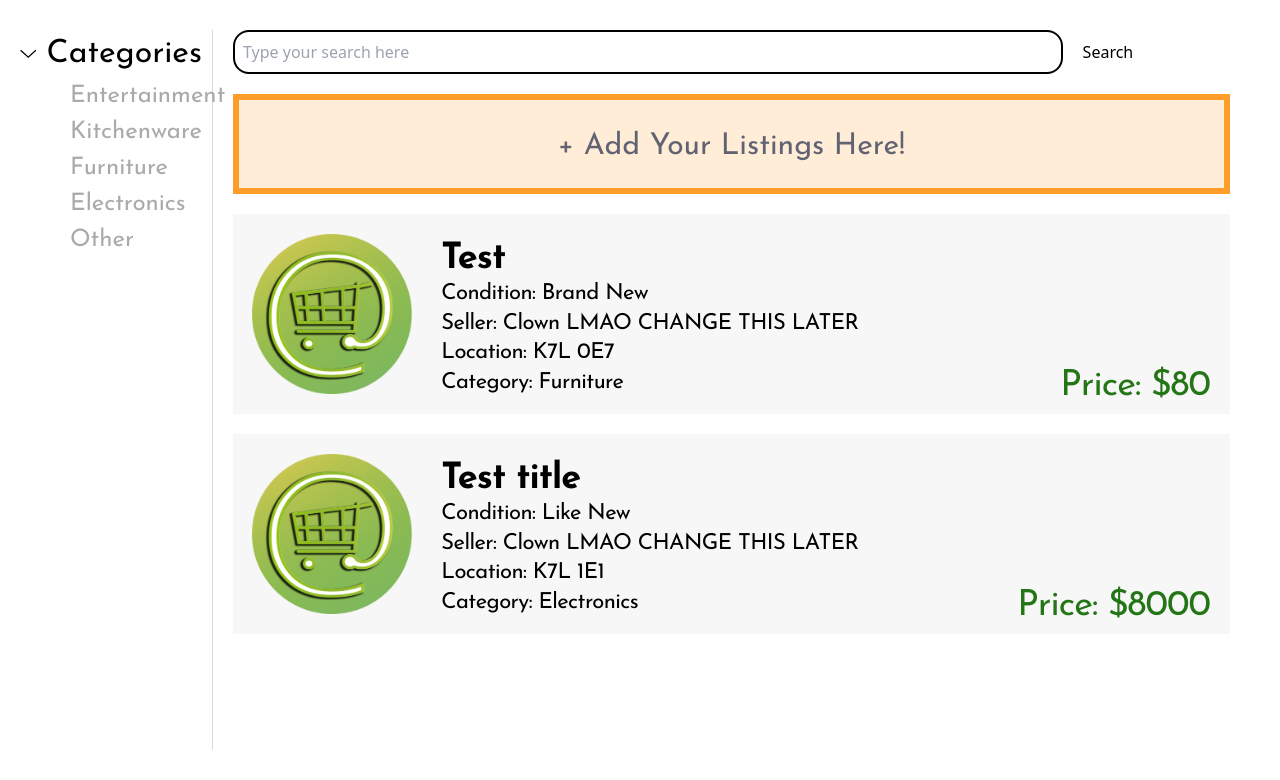
Repository: AdwaitSri/Kingston-Marketplace
Page: /listings (app in qhacks-24/)
These files come from the project's save history. The page is drawn as it stood at one moment and after the next save; the edit follows.
The browser window is 1280 px wide. The pictures show the whole page.
The project was rebuilt for these pictures with package versions that can differ from the ones it lists, and the page was loaded fresh each time. Also part of the build but not shown: qhacks-24/src/components/HomeNavbar.js, qhacks-24/src/pages/Home.js, qhacks-24/src/pages/Signup.js, qhacks-24/src/components/CreationNavbar.js, qhacks-24/src/pages/Creation.js, qhacks-24/src/pages/Item.js.

Above is the page before, as saved 2024-02-03 19:19:22.

### qhacks-24/public/index.html
<!DOCTYPE html>
<html lang="en">
  <head>
    <meta charset="utf-8" />
    <link rel="preconnect" href="https://fonts.googleapis.com">
    <link rel="preconnect" href="https://fonts.gstatic.com" crossorigin>
    <link href="https://fonts.googleapis.com/css2?family=Josefin+Sans:ital,wght@0,100;0,200;0,300;0,400;0,500;0,600;0,700;1,100;1,200;1,300;1,400;1,500;1,600;1,700&display=swap" rel="stylesheet">
    <link rel="icon" href="%PUBLIC_URL%/favicon.ico" />
    <meta name="viewport" content="width=device-width, initial-scale=1" />
    <meta name="theme-color" content="#000000" />
    <meta
      name="description"
      content="Web site created using create-react-app"
    />
    <link rel="apple-touch-icon" href="%PUBLIC_URL%/logo192.png" />
    <!--
      manifest.json provides metadata used when your web app is installed on a
      user's mobile device or desktop. See https://developers.google.com/web/fundamentals/web-app-manifest/
    -->
    <link rel="manifest" href="%PUBLIC_URL%/manifest.json" />
    <!--
      Notice the use of %PUBLIC_URL% in the tags above.
      It will be replaced with the URL of the `public` folder during the build.
      Only files inside the `public` folder can be referenced from the HTML.

      Unlike "/favicon.ico" or "favicon.ico", "%PUBLIC_URL%/favicon.ico" will
      work correctly both with client-side routing and a non-root public URL.
      Learn how to configure a non-root public URL by running `npm run build`.
    -->
    <title>React App</title>
  </head>
  <body>
    <noscript>You need to enable JavaScript to run this app.</noscript>
    <div id="root"></div>
    <!--
      This HTML file is a template.
      If you open it directly in the browser, you will see an empty page.

      You can add webfonts, meta tags, or analytics to this file.
      The build step will place the bundled scripts into the <body> tag.

      To begin the development, run `npm start` or `yarn start`.
      To create a production bundle, use `npm run build` or `yarn build`.
    -->
  </body>
</html>

### qhacks-24/src/pages/Listings.js
import React from "react";
import { Link } from "react-router-dom";

export default function Listings() {
    const exampleData = [
        {
            condition: ["checked", "", "", ""],
            description: "Test 2",
            postalcode: "K7L 0E7",
            price: "80",
            title: "Test",
            category: ["", "", "checked", "", ""]
        },
        {
            condition: ["", "checked", "", ""],
            description: "zazas",
            postalcode: "K7L 1E1",
            price: "8000",
            title: "Test title",
            category: ["", "", "", "checked", ""]
        },
    ];

    const selectedCategoryDefault = [
        {
            id: 0,
            selected: false,
            categoryName: "Entertainment",
        },
        {
            id: 1,
            selected: false,
            categoryName: "Kitchenware",
        },
        {
            id: 2,
            selected: false,
            categoryName: "Furniture",
        },
        {
            id: 3,
            selected: false,
            categoryName: "Electronics",
        },
        {
            id: 4,
            selected: false,
            categoryName: "Other",
        },
    ]
    const [selectedCategory, setSelectedCategory] = React.useState(selectedCategoryDefault);



    const sellerName = "Clown LMAO CHANGE THIS LATER";

    function getCondition(info) {
        let name = "";
        let index = -1;
        for (let i = 0; i < info.length; i++) {
            if (info[i] !== '') {
                index = i;
                break;
            }
        }
        const conditions = ["Brand New", "Like New", "Lightly Used", "Used"];
        if (index >= 0) {
            name = conditions[index];
        }
        return name;
    }

    function getCategory(info) {
        let name = "";
        let index = -1;
        for (let i = 0; i < info.length; i++) {
            if (info[i] !== '') {
                index = i;
                break;
            }
        }
        const categories = ["Entertainment", "Kitchenware", "Furniture", "Electronics", "Other"];
        if (index >= 0) {
            name = categories[index];
        }
        return name;
    }

    function handleCategoryClick(event) {
        setSelectedCategory(prevSelectedCategory => {
            let index = -1;
            for (let i = 0; i < prevSelectedCategory.length; i++) {
                if (prevSelectedCategory[i].categoryName === event.target.id) {
                    index = i;
                    break;
                }
            }

            let newState = selectedCategoryDefault;
            if (index >= 0) {
                newState[index].selected = !prevSelectedCategory[index].selected;
            }

            return newState;
        })
    }

    function getSelectedCategory() {
        for (let i = 0; i < selectedCategory.length; i++) {
            if (selectedCategory[i].selected) {
                return selectedCategory[i].categoryName;
            }
        }
        return false;
    }

    const listingCards = exampleData.map((data) => {
        const listCardElement = (
            <div className="flex justify-between m-[20px]">
                <Link
                    to={{
                        pathname: '/item',
                        state: { message: 'hello from listings!' }
                    }}
                    className="w-full"
                >
                    <div
                        className="w-full h-[200px] bg-[#f7f7f7] flex items-center"
                    >
                        <img src="/images/logo.png" alt="placeholder" className="h-[80%]"/>
                        <div className='h-full w-full p-[10px] mt-[15px] relative'>
                            <p className="font-jose font-bold text-[36px] tracking-tight h-[25%]">{data.title}</p>
                            <p className="font-jose text-[22px] tracking-tight">Condition: {getCondition(data.condition)}</p>
                            <p className="font-jose text-[22px] relative top-[-3px] tracking-tight">Seller: {sellerName}</p>
                            <p className="font-jose text-[22px] relative top-[-7px] tracking-tight">Location: {data.postalcode}</p>
                            <p className="font-jose text-[22px] relative top-[-10px] tracking-tight">Category: {getCategory(data.category) ? getCategory(data.category) : "???"}</p>
                            <p className="font-jose text-[36px] relative top-[-50px] right-[10px] text-[#237515] float-right tracking-tight">Price: ${data.price}</p>
                        </div>
                    </div>
                </Link>
            </div>
        )

        if (getSelectedCategory() === getCategory(data.category)) {
            return listCardElement;
        }
        else if (getSelectedCategory() === false) {
            return listCardElement;
        }
        else {
            ;
        }
    });

    const filterCategories = selectedCategory.map(category => {
        const styles = category.selected ? "font-jose ml-[40px] text-[#000000] text-[24px] hover:cursor-pointer" : "font-jose ml-[40px] text-[24px] text-[#aaaaaa] hover:cursor-pointer";
        return (
        <h1
            className={styles}
            id={category.categoryName}
            onClick={handleCategoryClick}
        >{category.categoryName}</h1>
        )
    });

    return (
        <div
            className="flex h-[100dvh] m-[30px]"
        >
            <div
                className="w-[15%] border-r-[1px] border-[#aaaaaa70]"
            >
                <div className="flex items-center relative right-[10px]">
                    <svg width="26" height="14" viewBox="0 0 26 14" fill="none" xmlns="http://www.w3.org/2000/svg">
                    <path d="M1 1L13 12L25 1" stroke="black" stroke-width="2"/>
                    </svg>
                    <h1
                        className="font-jose ml-[10px] text-[32px]"
                    >Categories</h1>
                </div>
                <div>
                    {filterCategories}
                </div>

            </div>

            <div
                className="w-[85%]"
            >
                <form className="w-full">
                    <input
                        className="border-2 border-black border-solid rounded-2xl w-[80%] mx-[20px] p-2"
                        type="text"
                        name="search"
                        placeholder="Type your search here"
                    />
                    <button type="submit" value="Search">Search</button>
                </form>

                <div className="flex justify-between m-[20px]">
                    <div
                        className="w-full h-[100px] bg-[#f7f7f7] flex items-center"
                    >
                        <Link
                            to="/creation"
                            className="border-[6px] border-[#ff9d2b] w-full h-full text-3xl font-normal text-[#616272] bg-[#ffedd8]"
                        >
                            <button
                                className="font-jose relative top-[3px] text-center w-full h-full text-3xl"
                            >
                                + Add Your Listings Here!
                        </button>
                        </Link>
                    </div>
                </div>
                {listingCards}
            </div>
        </div>
    )
}

Loaded but not shown: qhacks-24/src/index.css (common file); qhacks-24/src/App.css (common file); qhacks-24/src/App.js (24 lines, source omitted); qhacks-24/src/index.js (19 lines, source omitted); qhacks-24/tailwind.config.js (18 lines, source omitted); qhacks-24/src/output.css (1762 lines, source omitted)

After the next save:
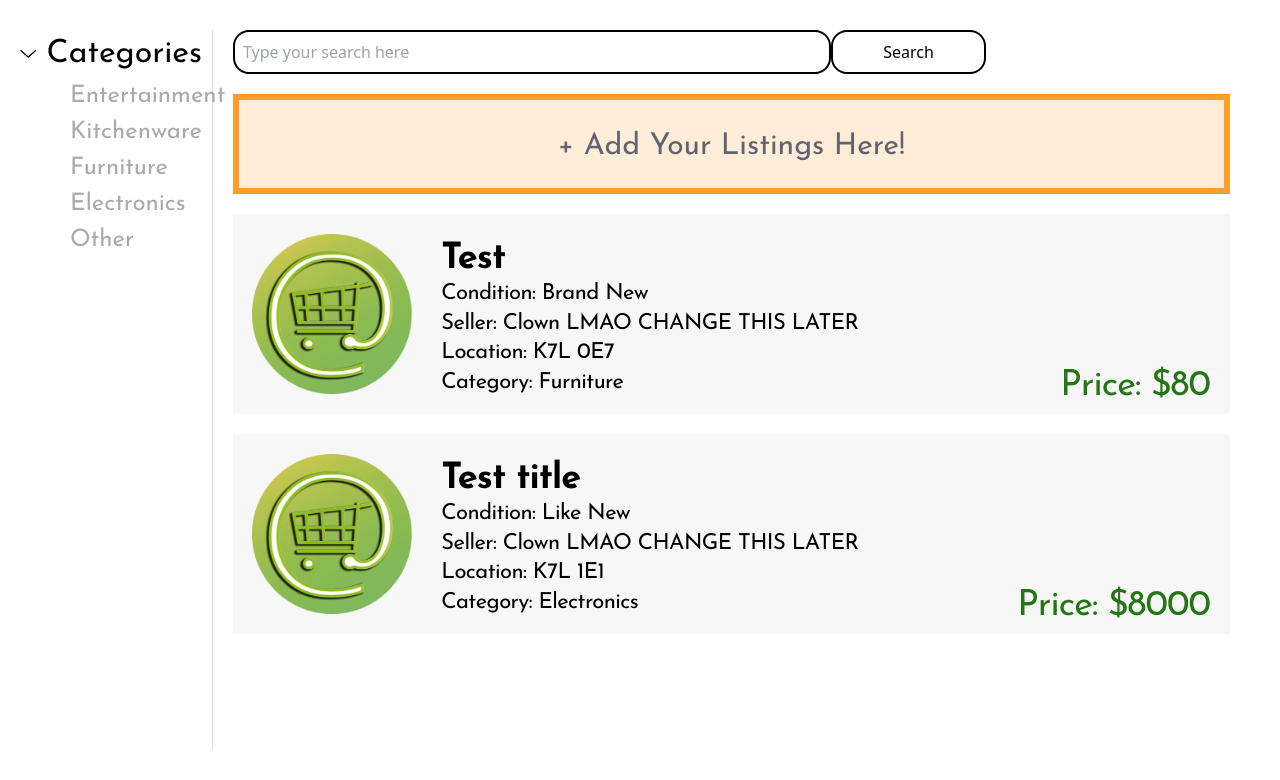
Saved 5 min 11 s later.
--- a/qhacks-24/src/pages/Listings.js
+++ b/qhacks-24/src/pages/Listings.js
@@ -187,15 +187,17 @@ export default function Listings() {
             <div
                 className="w-[85%]"
             >
-                <form className="w-full">
-                    <input
-                        className="border-2 border-black border-solid rounded-2xl w-[80%] mx-[20px] p-2"
-                        type="text"
-                        name="search"
-                        placeholder="Type your search here"
-                    />
-                    <button type="submit" value="Search">Search</button>
-                </form>
+                <div className=" mx-[20px]">
+                    <form className="w-full flex">
+                        <input
+                            className="border-2 border-black border-solid rounded-2xl w-[60%] p-2"
+                            type="text"
+                            name="search"
+                            placeholder="Type your search here"
+                        />
+                        <button type="submit" value="Search" className="border-2 border-solid border-black rounded-2xl px-[50px]">Search</button>
+                    </form>
+                </div>
 
                 <div className="flex justify-between m-[20px]">
                     <div
